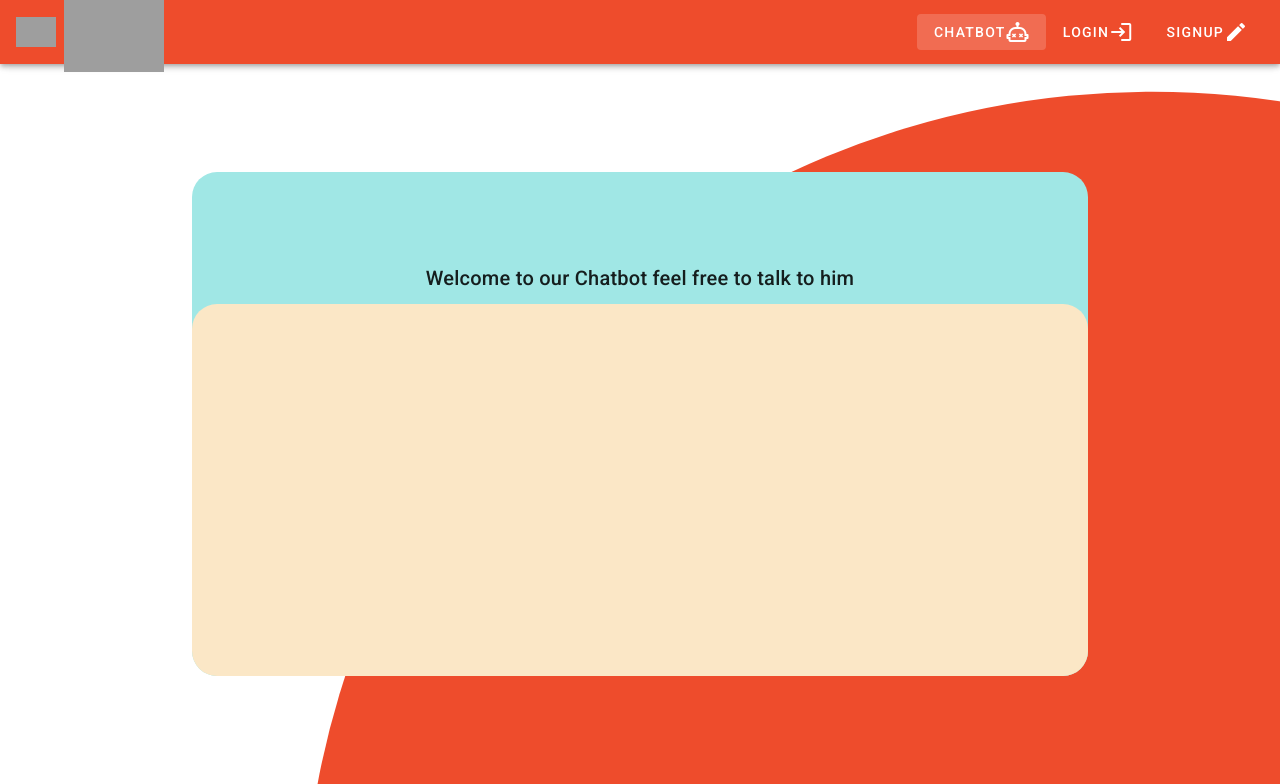
Repository: atout811/pyTorch-Hackathon
Page: /chatbot (app in frontend/)
An editor plug-in stored every save of this project. The page is shown before and after the next save, followed by the edit.
The browser window is 1280 px wide. The pictures show the whole page.
Pictures or frames that could not be fetched are drawn as grey boxes. The project was rebuilt for these pictures with package versions that can differ from the ones it lists, and the page was loaded fresh each time. Also part of the build but not shown: frontend/vue.config.js, frontend/src/views/Home.vue.

Above is the page before, as saved 2021-10-21 15:00:26.

After the next save:
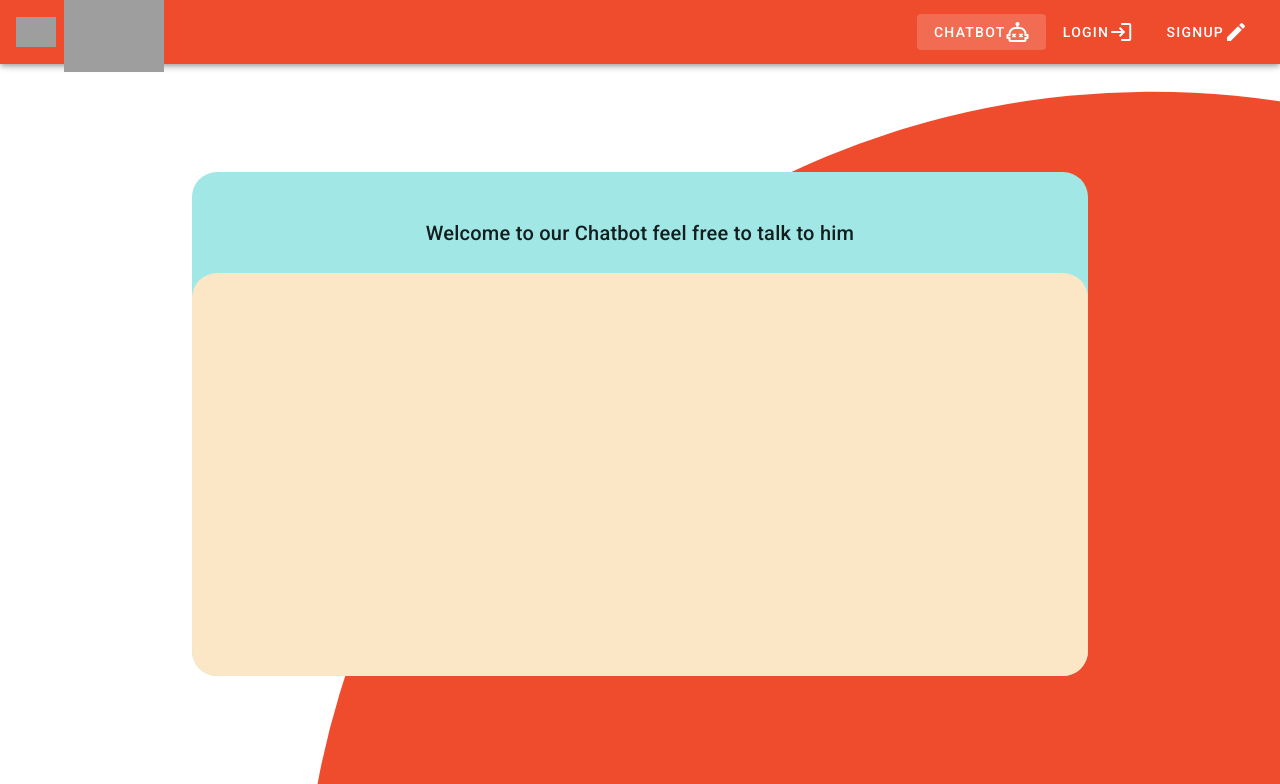
Saved 5 s later.
--- a/frontend/src/views/Chatbot.vue
+++ b/frontend/src/views/Chatbot.vue
@@ -39,7 +39,7 @@ export default {
 }
 .title {
   margin: 10px;
-  margin-top: 10%;
+  margin-top: 5%;
 }
 .chat-container {
   height: 80%;
